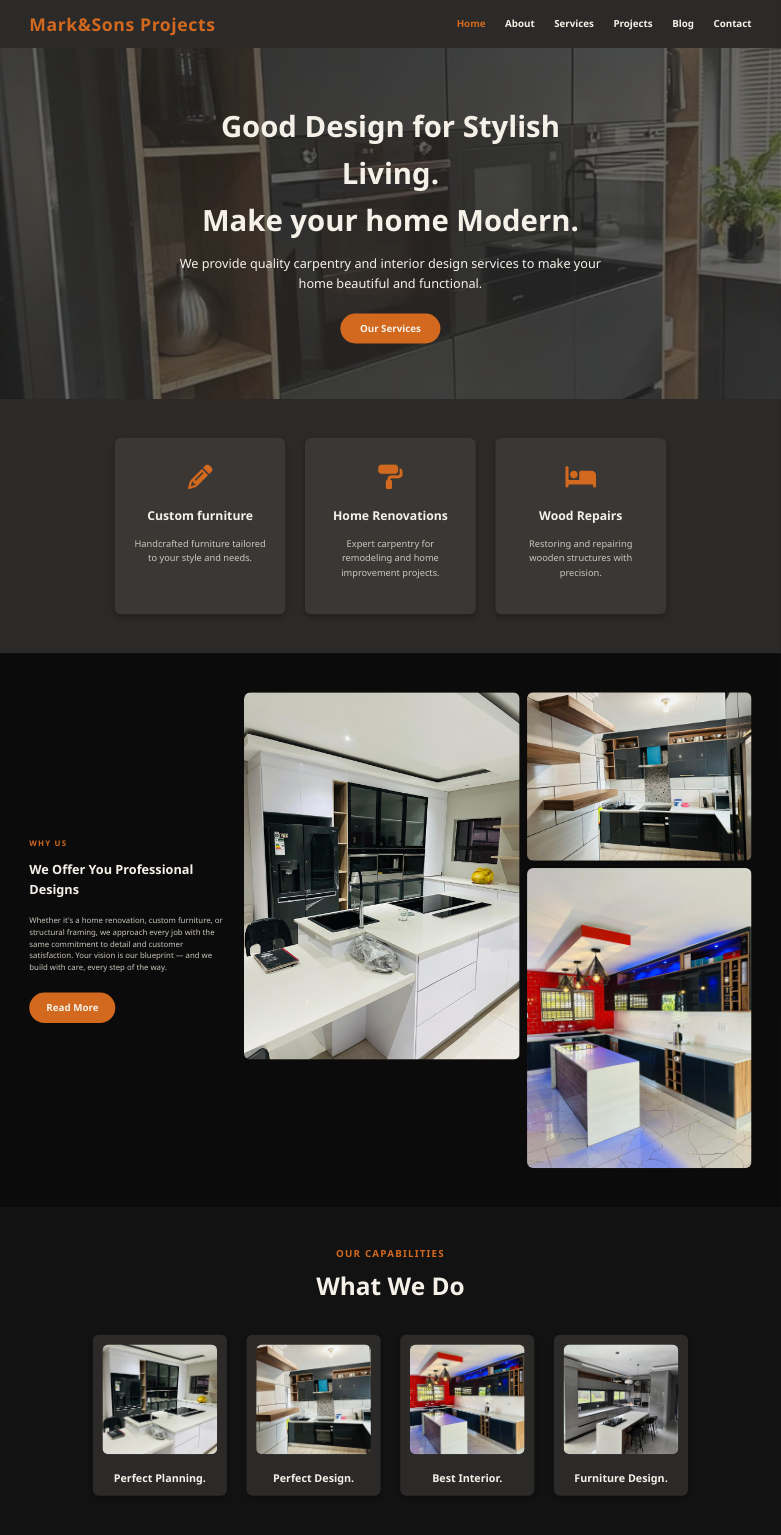
Repository: VallowEvido/Mark-SonsProjects
Page: home.html
An editor plug-in stored every save of this project. The page is shown before and after the next save, followed by the edit.
The browser window is 1280 px wide. The pictures show the whole page, at 61% of full size.

Above is the page before, as saved 2025-07-18 11:18:14.

After the next save:
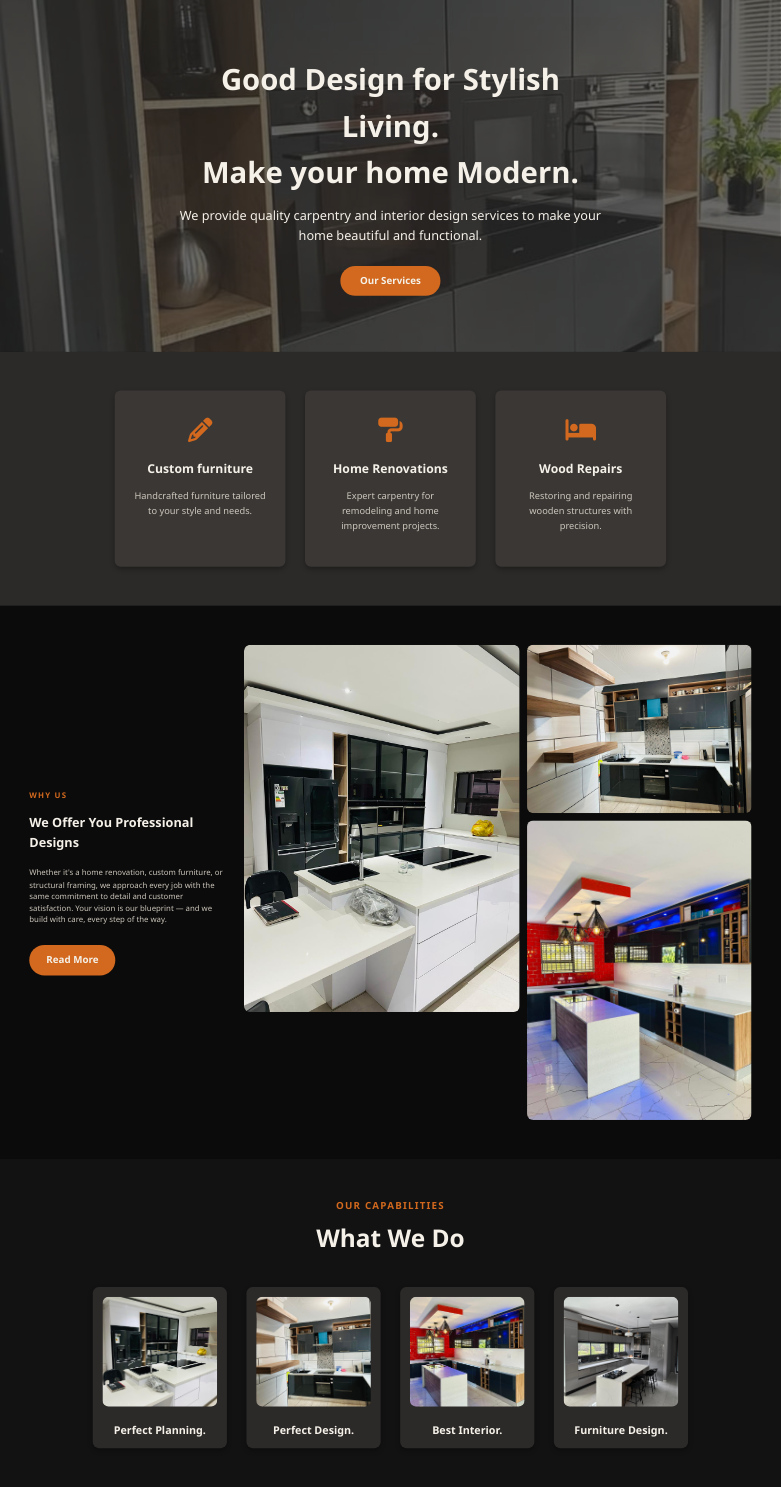
Saved 2 min 51 s later.
--- a/home.html
+++ b/home.html
@@ -8,17 +8,6 @@
   <link rel="stylesheet" href="https://cdnjs.cloudflare.com/ajax/libs/font-awesome/6.4.0/css/all.min.css" />
 </head>
 <body>
-  <nav>
-    <div class="logo">Mark&Sons Projects</div>
-    <ul>
-      <li><a href="home.html" class="active">Home</a></li>
-      <li><a href="about.html">About</a></li>
-      <li><a href="#">Services</a></li>
-      <li><a href="#">Projects</a></li>
-      <li><a href="#">Blog</a></li>
-      <li><a href="#">Contact</a></li>
-    </ul>
-  </nav>
 
   <section class="hero">
     <div class="hero-content">
